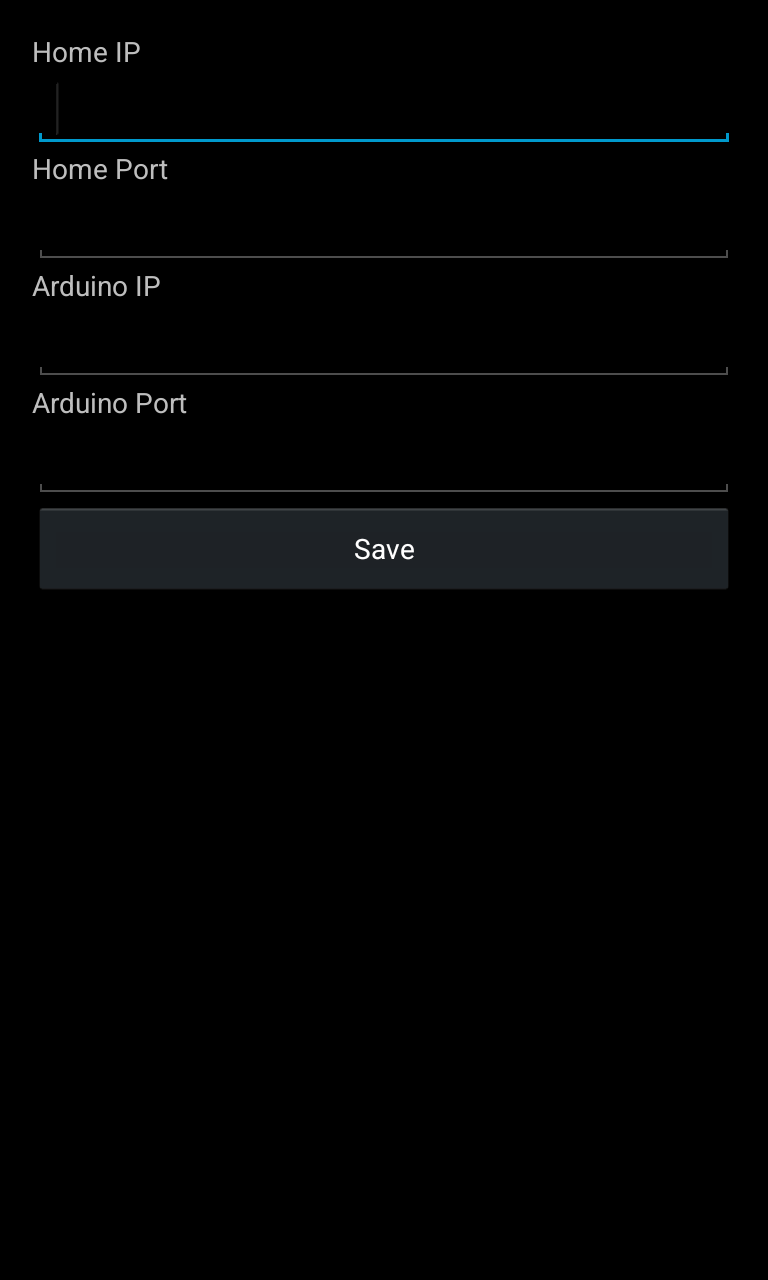
Repository: juanlurie/Android
Layout: HomeCommander/res/layout/settings.xml
An editor plug-in stored every save of this project. The layout is shown before and after the next save, followed by the edit.
It is drawn on a 768 x 1280 px phone screen (xhdpi) without system bars, with theme AppTheme; the app's code is not run.

Above is the layout before, as saved 2013-08-11 10:26:13.

After the next save:
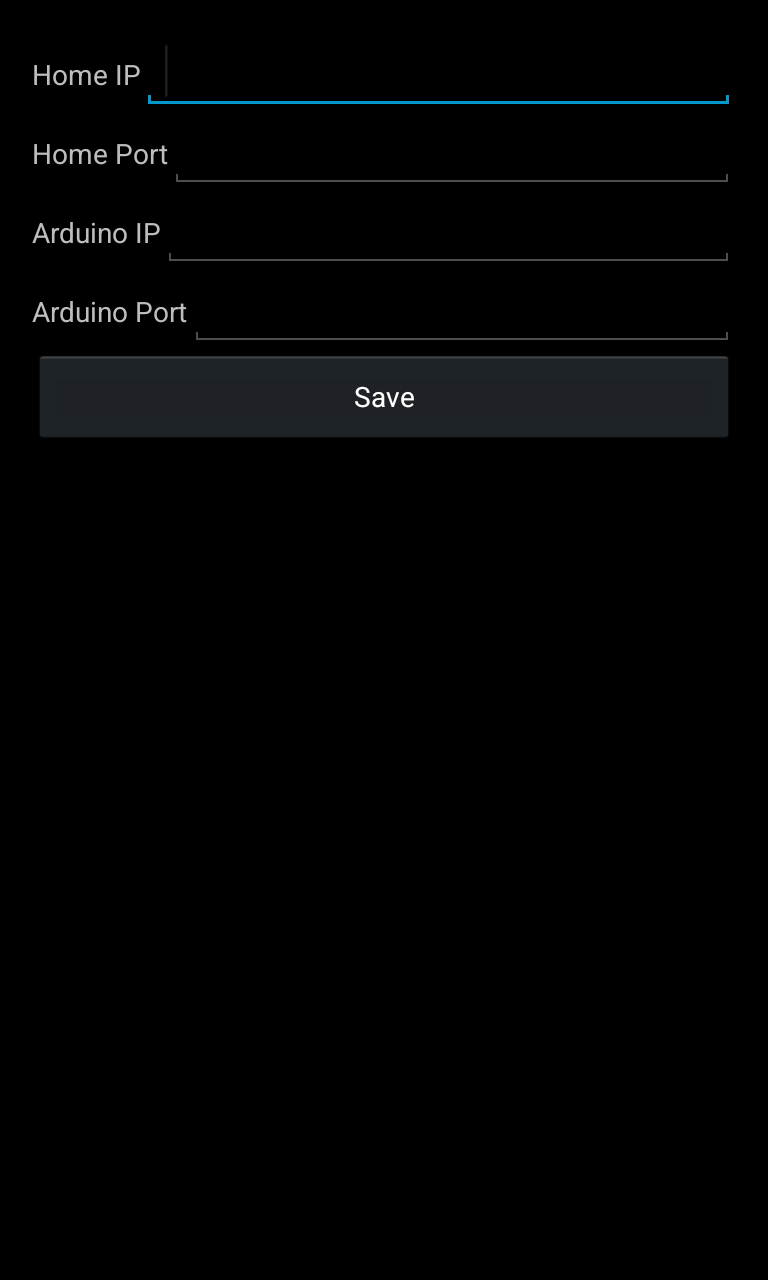
Saved 49 s later.
--- a/HomeCommander/res/layout/settings.xml
+++ b/HomeCommander/res/layout/settings.xml
@@ -10,7 +10,10 @@
     android:paddingTop="@dimen/activity_vertical_margin"
     tools:context=".MainActivity" >
 
-    <TextView
+     <LinearLayout
+        android:layout_width="match_parent"
+        android:layout_height="wrap_content" >
+         <TextView
         android:id="@+id/TextView03"
         android:layout_width="wrap_content"
         android:layout_height="wrap_content"
@@ -24,7 +27,12 @@
 
         <requestFocus />
     </EditText>
+    </LinearLayout>
 
+
+ <LinearLayout
+        android:layout_width="match_parent"
+        android:layout_height="wrap_content" >
     <TextView
         android:id="@+id/TextView02"
         android:layout_width="wrap_content"
@@ -37,7 +45,10 @@
         android:layout_height="wrap_content"
         android:ems="10" >
     </EditText>
-
+     </LinearLayout>
+ <LinearLayout
+        android:layout_width="match_parent"
+        android:layout_height="wrap_content" >
     <TextView
         android:id="@+id/TextView01"
         android:layout_width="wrap_content"
@@ -50,7 +61,10 @@
         android:layout_height="wrap_content"
         android:ems="10" >
     </EditText>
-
+     </LinearLayout>
+ <LinearLayout
+        android:layout_width="match_parent"
+        android:layout_height="wrap_content" >
     <TextView
         android:id="@+id/textView1"
         android:layout_width="wrap_content"
@@ -63,6 +77,7 @@
         android:layout_height="wrap_content"
         android:ems="10" >
     </EditText>
+     </LinearLayout>
 
     <Space
         android:layout_width="match_parent"
@@ -76,4 +91,6 @@
         android:text="Save"
         android:textColor="#FFFFFF" />
 
+
+
 </LinearLayout>
